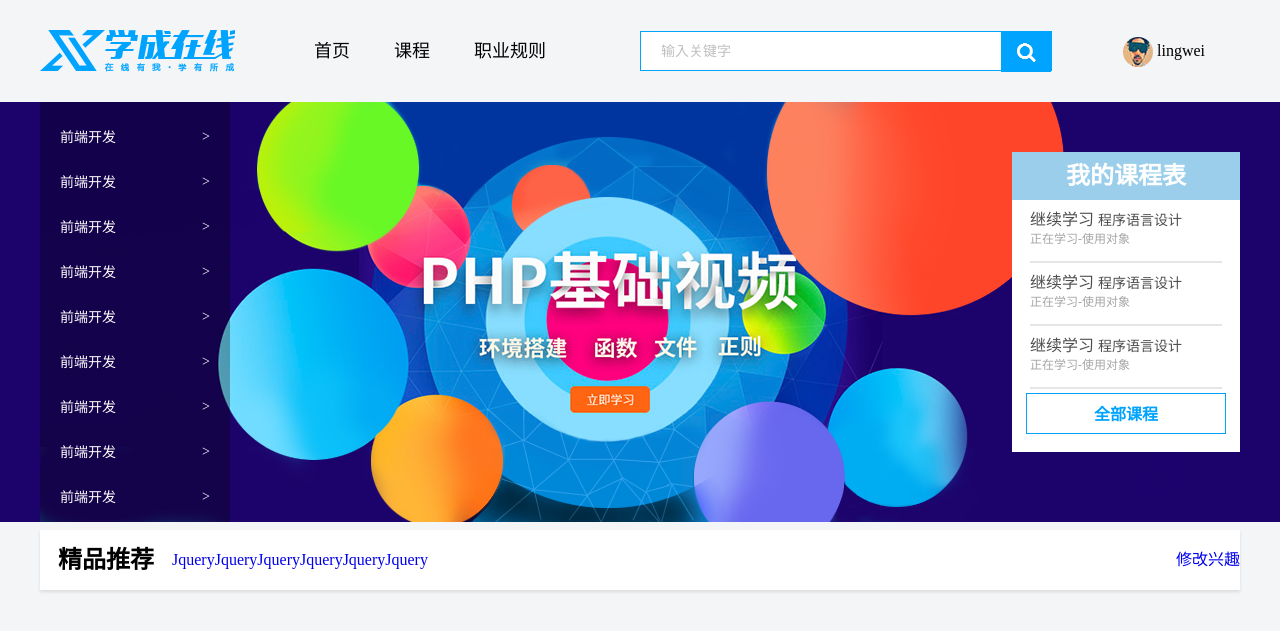
Repository: DengBiHua/xcdx
Page: index.html
These files come from the project's save history. The page is drawn as it stood at one moment and after the next save; the edit follows.
The browser window is 1280 px wide. The pictures show the whole page.

Above is the page before, as saved 2022-04-14 23:22:59.

After the next save:
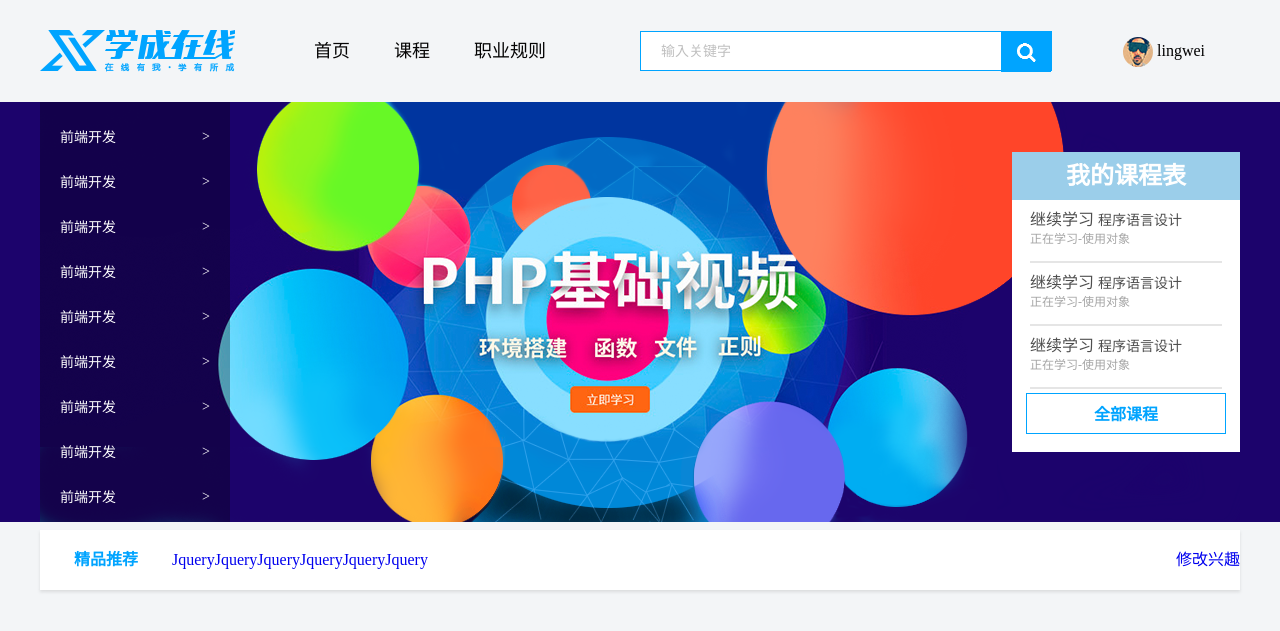
Saved 2 min 37 s later.
--- a/css/index.css
+++ b/css/index.css
@@ -224,6 +224,9 @@
     float: left;
     width: 132px;
     text-align: center;
+    font-size: 16px;
+    font-weight: bold;
+    color: #00a4ff;
 }
 
 .recommend ul {
